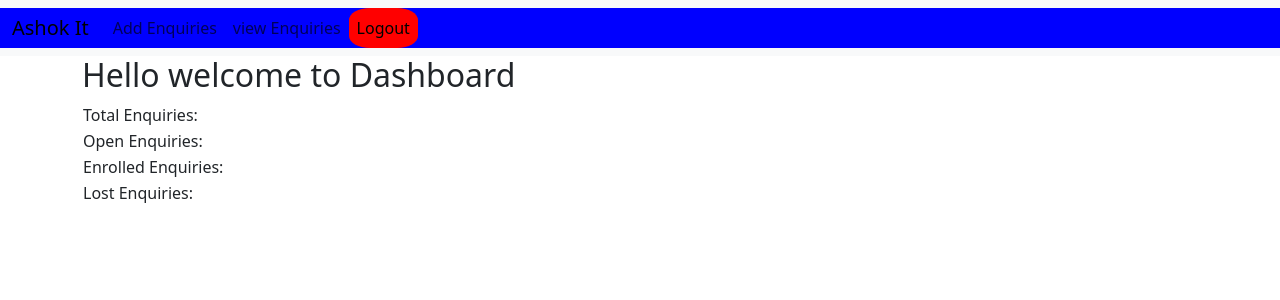
Repository: dibyajyotipanigrahi/Mini-Projects
Page: http://localhost/dashboard
The author's editor kept a copy of each file at every save. The page is drawn from the files as they stood at one save, then again after the next save.
The browser window is 1280 px wide. The pictures show the whole page.
The page is this project's Thymeleaf template; nobody is signed in. The template is opened directly, without the code that normally fills it, so the values that code supplies are empty.

Above is the page before, as saved 2024-04-25 19:15:59.

After the next save:
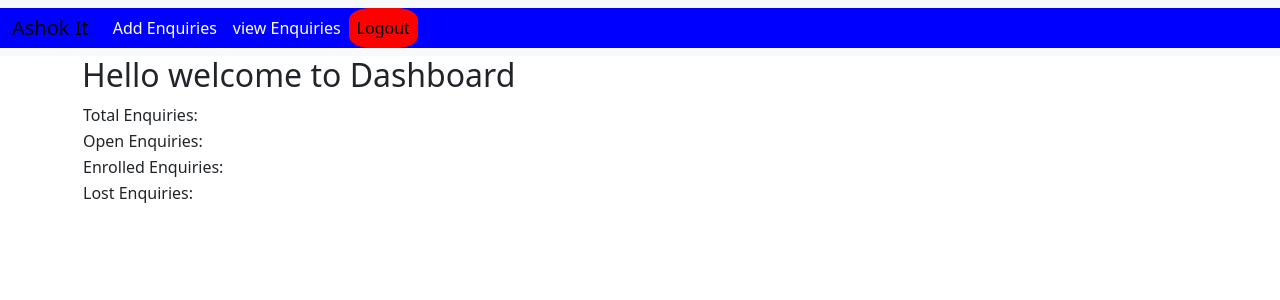
Saved 30 s later.
--- a/01-Councellors-Application/src/main/resources/templates/dashboard.html
+++ b/01-Councellors-Application/src/main/resources/templates/dashboard.html
@@ -9,7 +9,7 @@
 		integrity="sha384-QWTKZyjpPEjISv5WaRU9OFeRpok6YctnYmDr5pNlyT2bRjXh0JMhjY6hW+ALEwIH" crossorigin="anonymous">
 <Style>
 
-.any-link{
+.nav-link{
 	color: white;
 }
 </Style>
